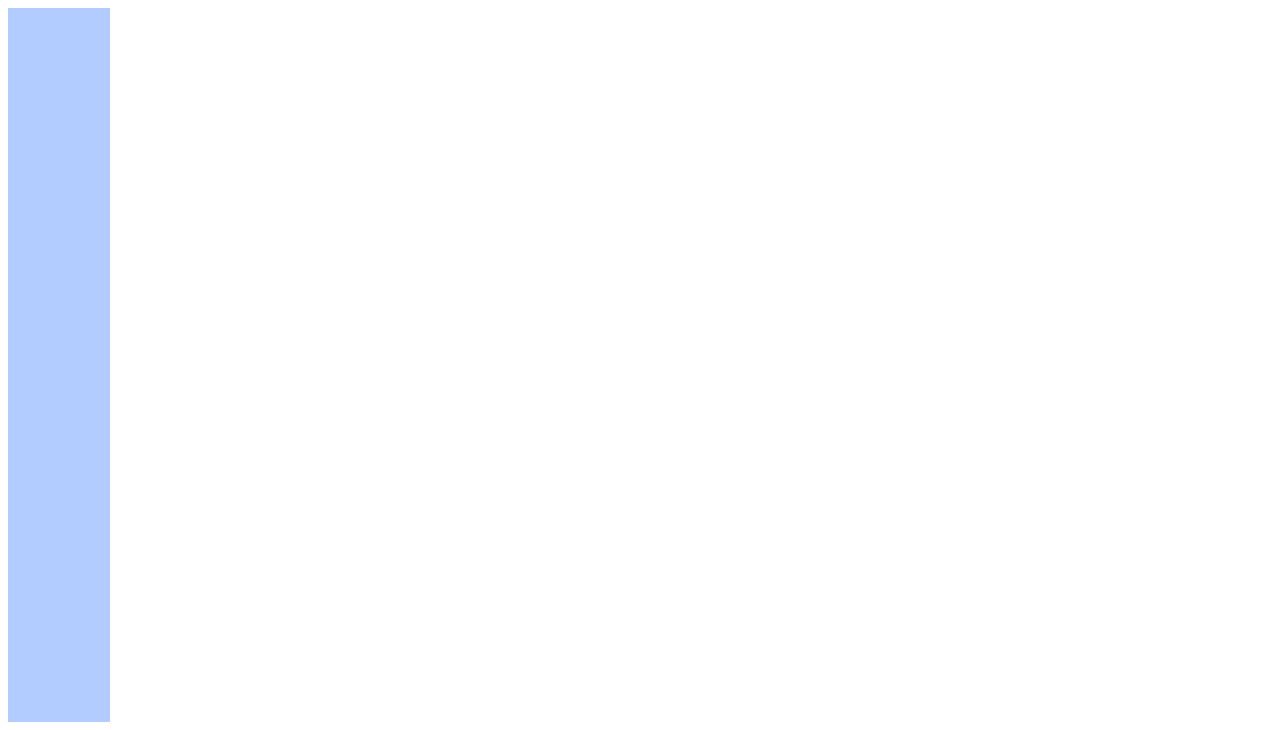
Repository: Shinhan1/shinhan
Page: http://localhost/web_goott/w20200324/w20200324_Test2.jsp
These files come from the project's save history. The page is drawn as it stood at one moment and after the next save; the edit follows.
The browser window is 1280 px wide. The pictures show the whole page.
The page is served by Tomcat 9.

Above is the page before, as saved 2020-03-24 08:12:51.

After the next save:
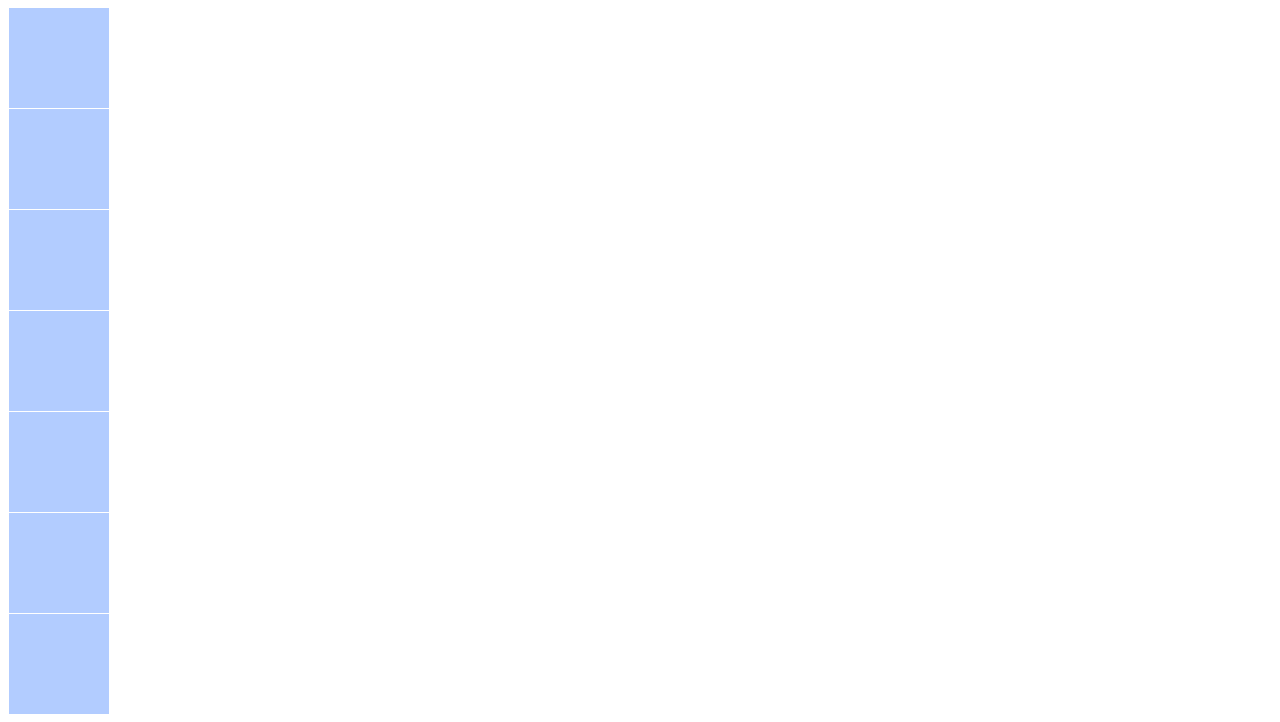
Saved 20 s later.
--- a/web_goott/WebContent/w20200324/w20200324_Test2.jsp
+++ b/web_goott/WebContent/w20200324/w20200324_Test2.jsp
@@ -10,7 +10,7 @@
 		width: 100px;
 		height: 100px;
 		background-color: #B2CCFF;
-		padding: 1px;
+		margin: 1px;
 
 	}
 </style>
